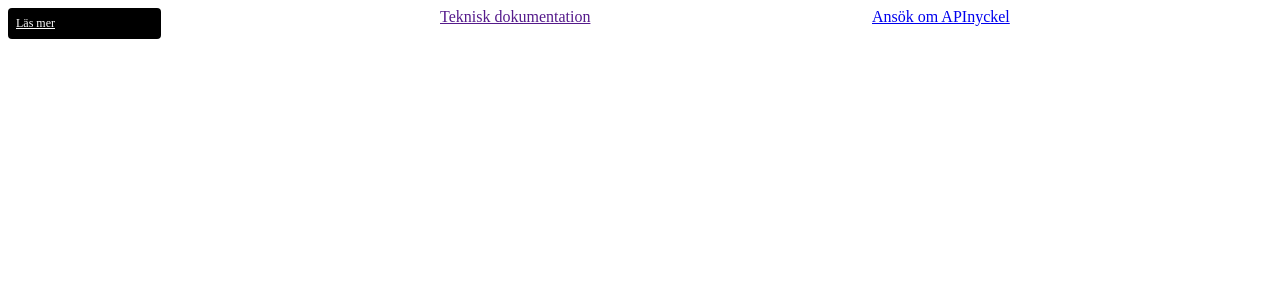
Repository: rudasn/docsy-cms-netlify
Page: layouts/partials/link.html
An editor plug-in stored every save of this project. The page is shown before and after the next save, followed by the edit.
The browser window is 1280 px wide. The pictures show the whole page.

Above is the page before, as saved 2021-05-11 12:49:34.

### layouts/partials/link.html

<style>
.button{
background-color: black;
border-radius: 4px;
text-align: start;
max-width: 35%;

padding: 8px;
padding-right: 5px;

font-size: 12px;


color: white

}
.bt_text {
color: white;}

.grid-container {
display: grid;
grid-template-columns: repeat(auto-fit, minmax(100px, 1fr ));

grid-gap: 32px;
grid-auto-flow: dense;

}
.link_right{
float: right;

}
/* Single column display for phones */
@media (max-width: 459px) {
    .grid-container {
      display: flex;
      flex-direction: column;
    }

}

</style>

<div class="grid-container p-0 ml-0">

    <a class="button" href="">Läs mer</a>

    <a class="link_right " href="">Teknisk dokumentation</a>

    <a class="link_right" href="https://apirequest.jobtechdev.se/">Ansök om APInyckel</a>

  </div>


<!--

<div >
    <div class="row m-0">
        <div class="column">
            <button class="list_btn">
                <a class ="bt_text"href="">Läs mer</a>
            </button>
        </div>
        <div class="column">
            <a href="">Teknisk dokumentation</a>
        </div>
        <div class="column">
            <a href="">Ansök om en APInyckel</a>
        </div>
    </div>

</div>
-->

After the next save:
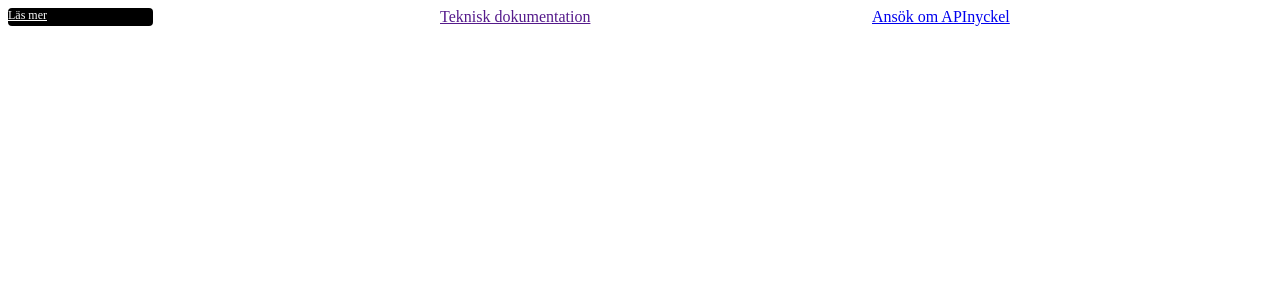
Saved 18 s later.
--- a/layouts/partials/link.html
+++ b/layouts/partials/link.html
@@ -6,7 +6,7 @@ border-radius: 4px;
 text-align: start;
 max-width: 35%;
 
-padding: 8px;
+
 padding-right: 5px;
 
 font-size: 12px;
